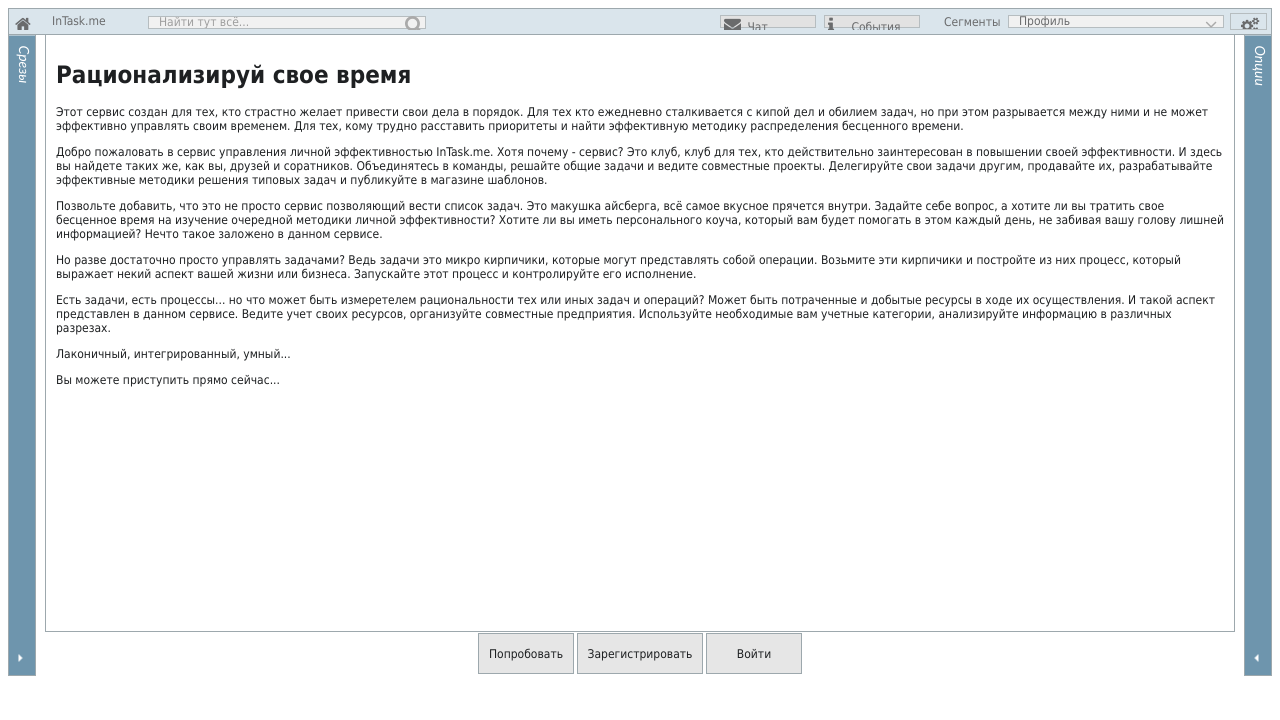
Repository: Startdoid/fnsc
Page: client/index.html
The author's editor kept a record of every edit. The page is drawn from the files as they stood at one moment, then again after the next edit.
The browser window is 1280 px wide. The pictures show the whole page.
The page's requests for data from a server got no answer.

Above is the page before.

After the next edit:
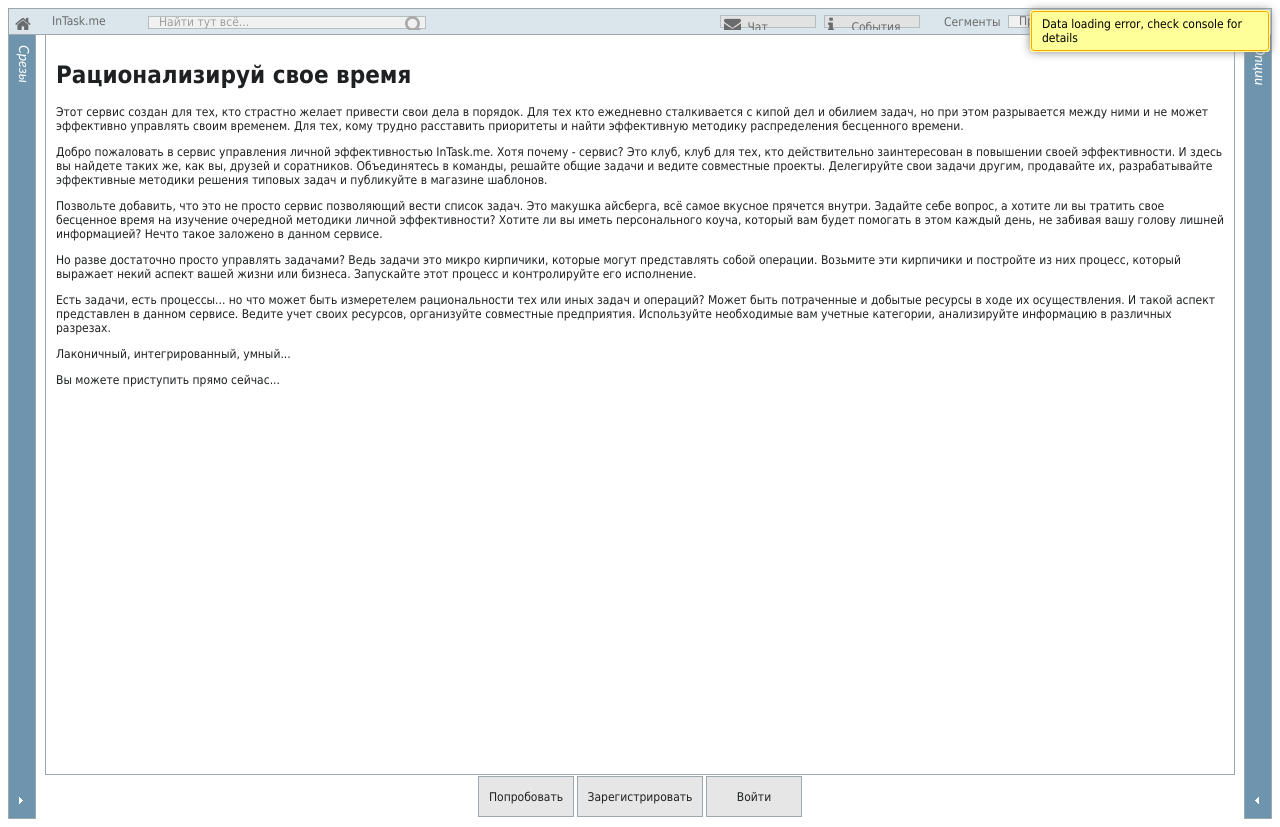
Console error (its wording comes from the project's code and is left out).
The edit:
--- a/client/js/views/wmasterview.js
+++ b/client/js/views/wmasterview.js
@@ -570,8 +570,8 @@
     { width:10 },
     { rows:[
         { height:5 },
-        {type:"header", template:"Друзья"}
-        //userframe_profile_friendlist
+        {type:"header", template:"Друзья"},
+        userframe_profile_friendlist
       ]
     }
   ]
